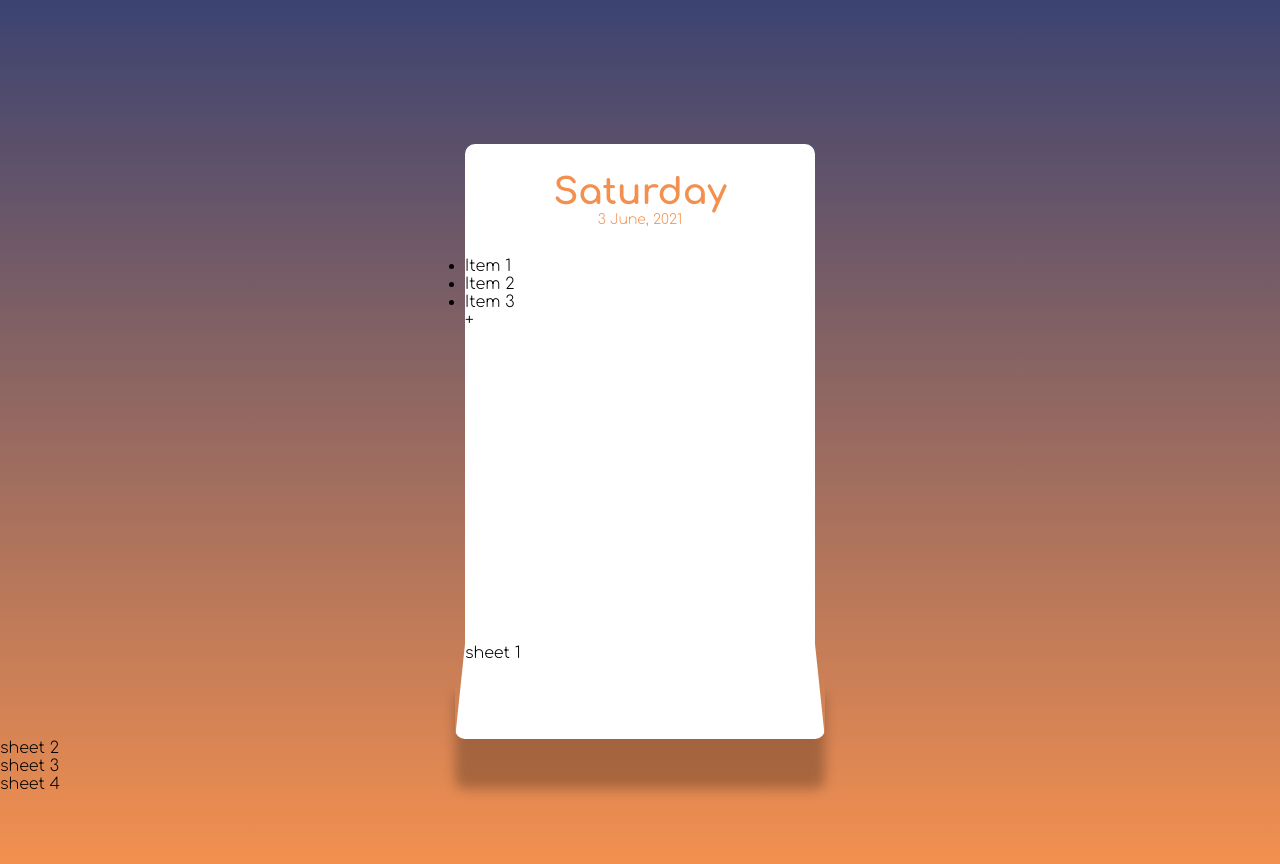
Repository: Colo-Codes/mini-projects
Page: todo-app/index.html
The author's editor kept a copy of each file at every save. The page is drawn from the files as they stood at one save, then again after the next save.
The browser window is 1280 px wide. The pictures show the whole page.

Above is the page before, as saved 2021-07-04 11:35:05.

### todo-app/index.html
<!DOCTYPE html>
<html lang="en">
    <head>
        <meta charset="UTF-8" />
        <meta http-equiv="X-UA-Compatible" content="IE=edge" />
        <meta name="viewport" content="width=device-width, initial-scale=1.0" />
        <link rel="stylesheet" href="./css/index.css" />
        <title>Mini-Project - ToDo app</title>
    </head>
    <body>
        <div class="changing-background">
            <main class="todo">
                <section id="todo--header">
                    <header>Saturday</header>
                    <p>3 June, 2021</p>
                </section>
                <section id="todo--tasks-list">
                    <ul>
                        <li class="todo--tasks-list--item">Item 1</li>
                        <li class="todo--tasks-list--item">Item 2</li>
                        <li class="todo--tasks-list--item">Item 3</li>
                    </ul>
                </section>
                <section id="todo--footer">
                    <p>+</p>
                </section>
            </main>
            <div id="sheet-1-3d">sheet 1</div>
            <div id="sheet-2-3d">sheet 2</div>
            <div id="sheet-3-3d">sheet 3</div>
            <div id="sheet-4-3d">sheet 4</div>
        </div>
    </body>
</html>

### todo-app/css/index.css
@import url('https://fonts.googleapis.com/css2?family=Comfortaa:wght@300;700&display=swap');

/* Initial reset */

html {
    box-sizing: border-box;
    font-size: 16px;
}

*,
*:before,
*:after {
    box-sizing: inherit;
    margin: 0;
    padding: 0;
    /*outline: 1px dashed blue; /* Debugging purposes */
}

body {
    font-family: 'Comfortaa', cursive;
    background: #f3904f; /* fallback for old browsers */
    background: -webkit-linear-gradient(
        to bottom,
        #3b4371,
        #f3904f
    ); /* Chrome 10-25, Safari 5.1-6 */
    background: linear-gradient(
        to bottom,
        #3b4371,
        #f3904f
    ); /* W3C, IE 10+/ Edge, Firefox 16+, Chrome 26+, Opera 12+, Safari 7+ */
    background-repeat: no-repeat;
    background-size: cover;
    height: 100vh;
}

.todo {
    margin: auto;
    margin-top: 20vh;
    width: 350px;
    height: 500px;
    background-color: white;
    border-radius: 10px 10px 0 0;
}

#sheet-1-3d {
    width: 370px;
    height: 95px;
    margin: auto;
    border-radius: 0 0 10px 10px;
    /* trapezoidal shape */
    border-bottom: 95px solid white;
    border-left: 10px solid transparent;
    border-right: 10px solid transparent;
    /* height: 0; */
    /* width: 100px; */
    box-shadow: 0px 50px 12px rgba(0, 0, 0, 0.25);
}

#todo--header header {
    padding-top: 1.75rem;
    font-size: 2.25rem;
    font-weight: 700;
    text-align: center;
    color: #f3904f;
}

#todo--header p {
    font-size: 0.875rem;
    text-align: center;
    color: #f3904f;
}

#todo--tasks-list {
    margin-top: 1.875rem;
}

After the next save:
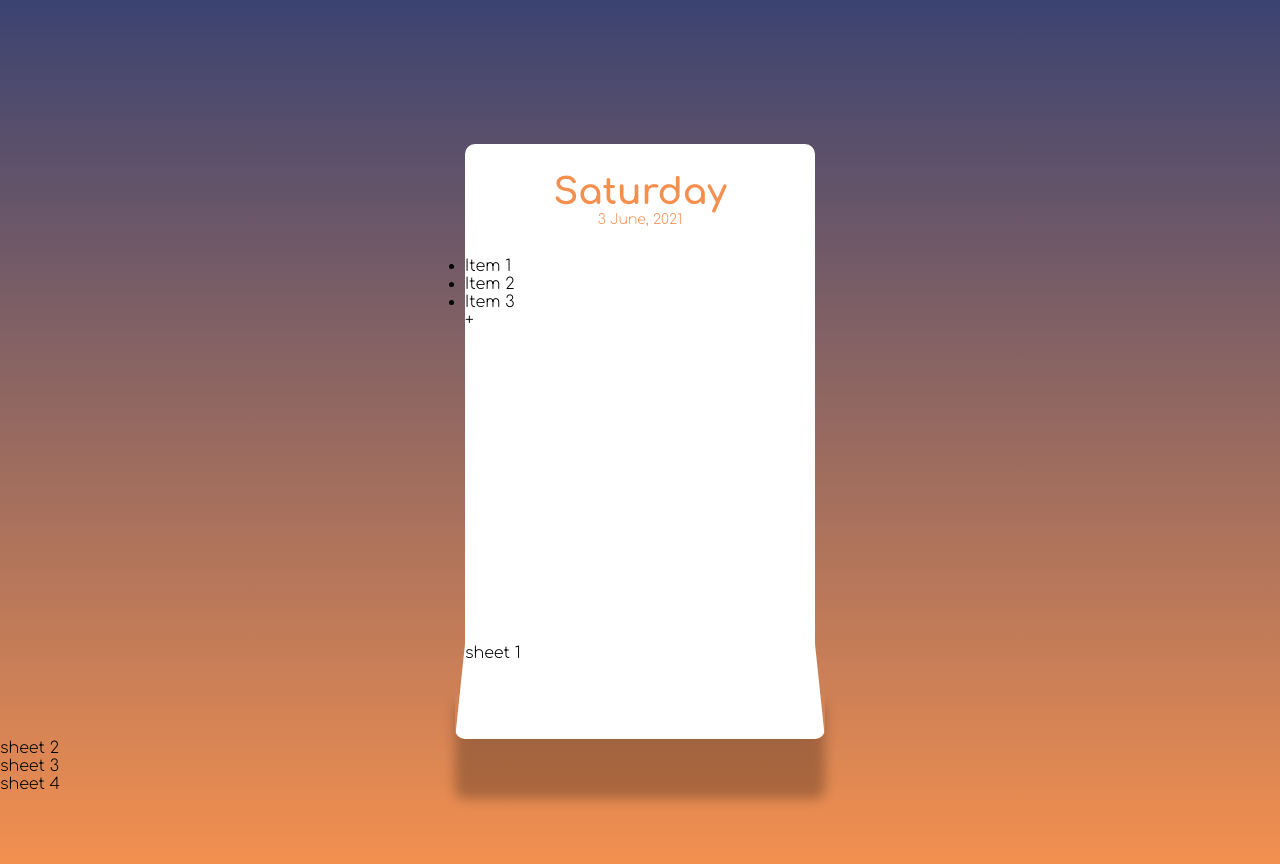
Saved 7 s later.
--- a/todo-app/css/index.css
+++ b/todo-app/css/index.css
@@ -54,7 +54,7 @@ body {
     border-right: 10px solid transparent;
     /* height: 0; */
     /* width: 100px; */
-    box-shadow: 0px 50px 12px rgba(0, 0, 0, 0.25);
+    box-shadow: 0px 60px 12px rgba(0, 0, 0, 0.25);
 }
 
 #todo--header header {
